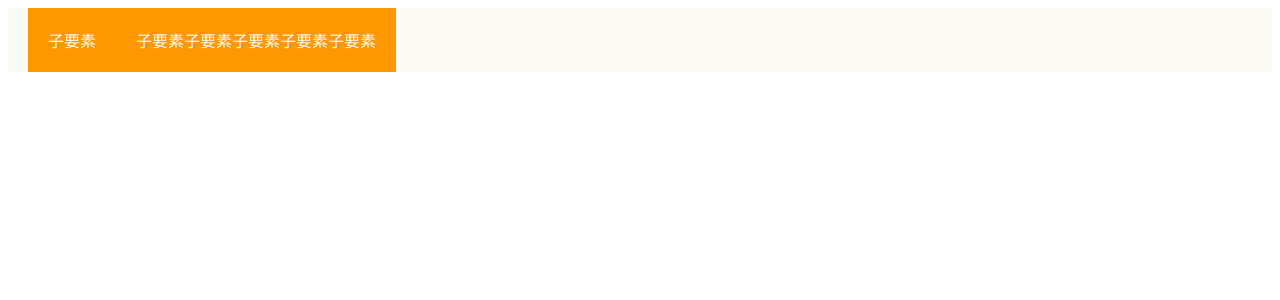
Repository: kyomufire/Potepan_kadai1
Page: Potepan Lessons/index4.html
The author's editor kept a record of every edit. The page is drawn from the files as they stood at one moment, then again after the next edit.
The browser window is 1280 px wide. The pictures show the whole page.

Above is the page before.

### Potepan Lessons/index4.html
<!DOCTYPE html>
<html>
  <head>
    <meta charset = "UTF-8">
    <title>タイトル</title>
    <link rel="stylesheet" href="test4.css">
  </head>

  <body>
    <div class="Flexbox">
      <div class="ContentLeft">子要素</div>
      <div class="ContentRight">
        <div>子要素</div>
        <div>子要素</div>
        <div>子要素</div>
        <div>子要素</div>
        <div>子要素</div>
      </div>
    </div>
  </body>
</html>

### Potepan Lessons/test4.css
.Flexbox {
  display: flex;
  background-color: #fcfaf5;
  padding: 0px 20px;
  color: #fff;
  justify-content: space-betwee;
}

.ContentLeft {
  padding: 20px;
  background-color: #ff9800;
}

.ContentRight {
  color: #fff;
  display: flex;
  padding: 20px;
  background-color: #ff9800;
  justify-content: space-between;
}

.ContentRight >div {

}

After the next edit:
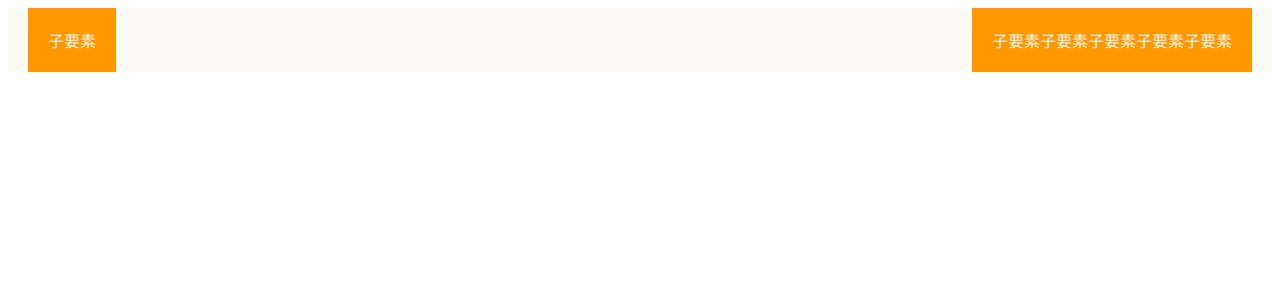
The edit:
--- a/Potepan Lessons/test4.css
+++ b/Potepan Lessons/test4.css
@@ -3,7 +3,7 @@
   background-color: #fcfaf5;
   padding: 0px 20px;
   color: #fff;
-  justify-content: space-betwee;
+  justify-content: space-between;
 }
 
 .ContentLeft {
